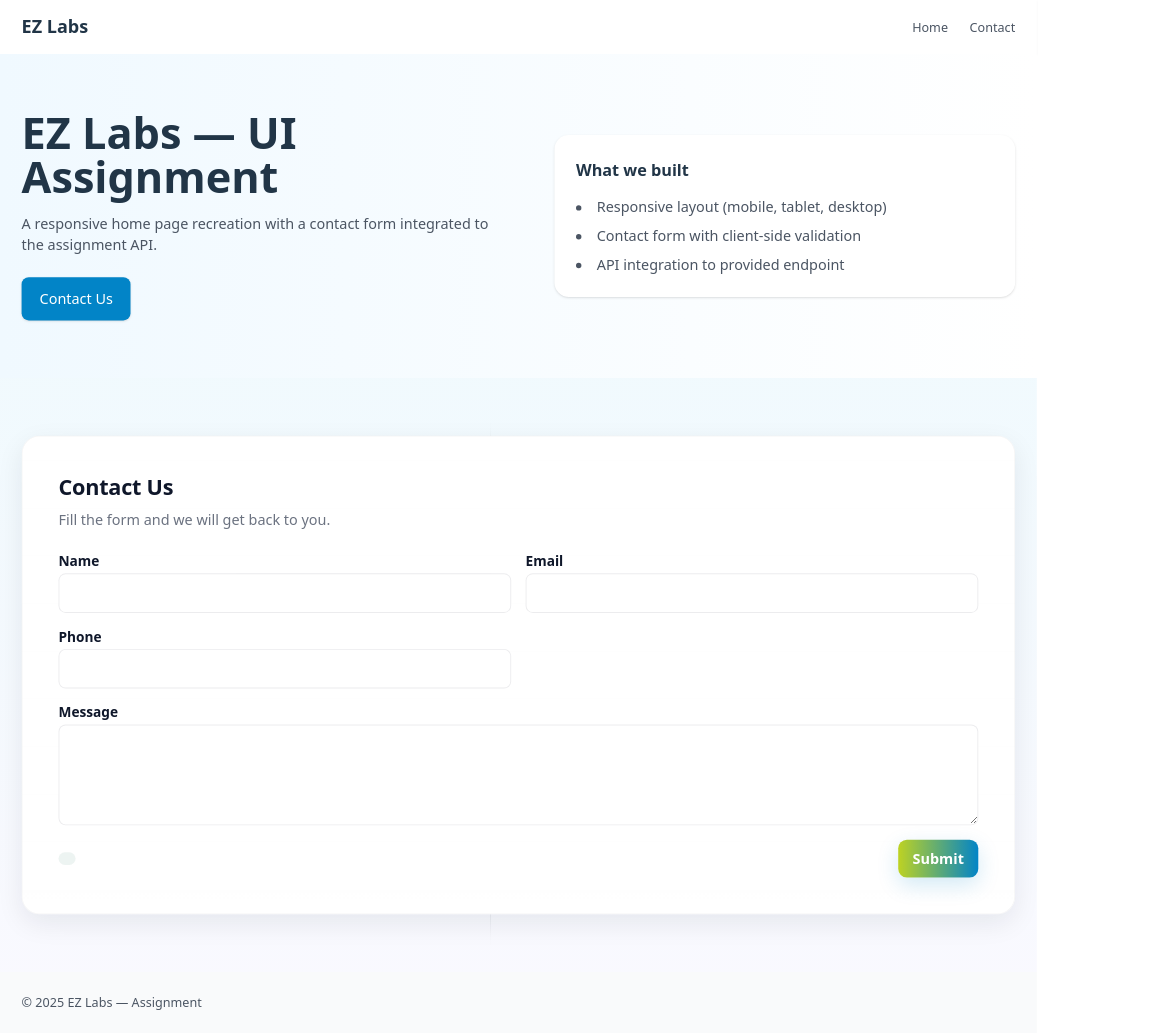
Repository: ritesh1711/ez-contact-form
Page: /
The author's editor kept a copy of each file at every save. The page is drawn from the files as they stood at one save, then again after the next save.
The browser window is 1280 px wide. The pictures show the whole page, at 90% of full size.
The project was rebuilt for these pictures with package versions that can differ from the ones it lists, and the page was loaded fresh each time. Also part of the build but not shown: vite.config.js.

Above is the page before, as saved 2025-11-09 22:12:04.

### index.html
<!doctype html>
<html lang="en">
  <head>
    <meta charset="UTF-8" />
    <link rel="icon" type="image/svg+xml" href="/vite.svg" />
    <meta name="viewport" content="width=device-width, initial-scale=1.0" />
    <title>ezlabs-assignment</title>
  </head>
  <body>
    <div id="root"></div>
    <script type="module" src="/src/main.jsx"></script>
  </body>
</html>

### src/index.css
:root {
  font-family: system-ui, Avenir, Helvetica, Arial, sans-serif;
  line-height: 1.5;
  font-weight: 400;

  color-scheme: light dark;
  color: rgba(255, 255, 255, 0.87);
  background-color: #242424;

  font-synthesis: none;
  text-rendering: optimizeLegibility;
  -webkit-font-smoothing: antialiased;
  -moz-osx-font-smoothing: grayscale;
}

a {
  font-weight: 500;
  color: #646cff;
  text-decoration: inherit;
}
a:hover {
  color: #535bf2;
}

body {
  margin: 0;
  display: flex;
  place-items: center;
  min-width: 320px;
  min-height: 100vh;
}

h1 {
  font-size: 3.2em;
  line-height: 1.1;
}

button {
  border-radius: 8px;
  border: 1px solid transparent;
  padding: 0.6em 1.2em;
  font-size: 1em;
  font-weight: 500;
  font-family: inherit;
  background-color: #1a1a1a;
  cursor: pointer;
  transition: border-color 0.25s;
}
button:hover {
  border-color: #646cff;
}
button:focus,
button:focus-visible {
  outline: 4px auto -webkit-focus-ring-color;
}

@media (prefers-color-scheme: light) {
  :root {
    color: #213547;
    background-color: #ffffff;
  }
  a:hover {
    color: #747bff;
  }
  button {
    background-color: #f9f9f9;
  }
}



@tailwind base;
@tailwind components;
@tailwind utilities;

### src/App.jsx
import React from 'react'
import Hero from './components/Hero'
import ContactForm from './components/ContactForm'
import Footer from './components/Footer'


export default function App(){
return (
<div className="min-h-screen flex flex-col">
<header className="bg-white shadow-sm">
<div className="max-w-6xl mx-auto px-6 py-4 flex items-center justify-between">
<div className="text-xl font-bold">EZ Labs</div>
<nav className="space-x-6 hidden md:block text-sm text-gray-600">
<a href="#home">Home</a>
<a href="#contact">Contact</a>
</nav>
</div>
</header>


<main className="flex-1">
<Hero />
<ContactForm />
</main>


<Footer />
</div>
)
}

### src/components/Hero.jsx
import React from 'react'


export default function Hero(){
return (
<section id="home" className="bg-gradient-to-r from-sky-50 to-white">
<div className="max-w-6xl mx-auto px-6 py-16 grid gap-8 md:grid-cols-2 items-center">
<div>
<h1 className="text-4xl md:text-5xl font-extrabold leading-tight">EZ Labs — UI Assignment</h1>
<p className="mt-4 text-gray-600">A responsive home page recreation with a contact form integrated to the assignment API.</p>
<div className="mt-6">
<a href="#contact" className="inline-block bg-sky-600 text-white px-5 py-3 rounded-lg shadow hover:opacity-90">Contact Us</a>
</div>
</div>


<div className="bg-white rounded-2xl p-6 shadow md:ml-6">
<h3 className="text-lg font-semibold">What we built</h3>
<ul className="mt-4 text-gray-600 list-disc list-inside space-y-2">
<li>Responsive layout (mobile, tablet, desktop)</li>
<li>Contact form with client-side validation</li>
<li>API integration to provided endpoint</li>
</ul>
</div>
</div>
</section>
)
}

### src/components/ContactForm.jsx
import React, { useState } from 'react'
import './ContactForm.css' // added - imports the new styles

function ContactForm() {
  const [form, setForm] = useState({
    name: '',
    email: '',
    phone: '',
    message: ''
  })

  const [errors, setErrors] = useState({})
  const [status, setStatus] = useState('')
  const [loading, setLoading] = useState(false)

  const validate = () => {
    const newErrors = {}
    if (!form.name.trim()) newErrors.name = 'Name is required'
    if (!form.email.trim()) newErrors.email = 'Email is required'
    else if (!/\S+@\S+\.\S+/.test(form.email)) newErrors.email = 'Invalid email'
    if (!form.phone.trim()) newErrors.phone = 'Phone is required'
    if (!form.message.trim()) newErrors.message = 'Message is required'
    return newErrors
  }

  const handleSubmit = async (e) => {
    e.preventDefault()
    const validationErrors = validate()
    if (Object.keys(validationErrors).length > 0) {
      setErrors(validationErrors)
      return
    }

    setErrors({})
    setLoading(true)
    setStatus('')

    try {
      const res = await fetch('https://jsonplaceholder.typicode.com/posts', {
        method: 'POST',
        headers: { 'Content-Type': 'application/json' },
        body: JSON.stringify(form)
      })

      if (res.ok) {
        setStatus('Form Submitted')
        setForm({ name: '', email: '', phone: '', message: '' })
      } else {
        const body = await res.text()
        setStatus('Submission failed: ' + res.status)
        console.error('API error', res.status, body)
      }
    } catch (err) {
      console.error(err)
      setStatus('Submission failed: network error')
    } finally {
      setLoading(false)
    }
  }

  return (
    <section id="contact" className="max-w-6xl mx-auto px-6 py-16">
      <div className="bg-white rounded-2xl shadow p-6 md:p-12">
        <h2 className="text-2xl font-bold">Contact Us</h2>
        <p className="text-gray-600 mt-2">Fill the form and we will get back to you.</p>

        <form className="mt-6 grid gap-4 md:grid-cols-2" onSubmit={handleSubmit} noValidate>
          <div className="md:col-span-1">
            <label className="block text-sm font-medium">Name</label>
            <input
              value={form.name}
              onChange={(e) => setForm({ ...form, name: e.target.value })}
              className={`mt-1 block w-full rounded-md border px-3 py-2 ${
                errors.name ? 'border-red-500' : 'border-gray-200'
              }`}
            />
            {errors.name && <p className="text-sm text-red-600 mt-1">{errors.name}</p>}
          </div>

          <div className="md:col-span-1">
            <label className="block text-sm font-medium">Email</label>
            <input
              value={form.email}
              onChange={(e) => setForm({ ...form, email: e.target.value })}
              className={`mt-1 block w-full rounded-md border px-3 py-2 ${
                errors.email ? 'border-red-500' : 'border-gray-200'
              }`}
            />
            {errors.email && <p className="text-sm text-red-600 mt-1">{errors.email}</p>}
          </div>

          <div className="md:col-span-1">
            <label className="block text-sm font-medium">Phone</label>
            <input
              value={form.phone}
              onChange={(e) => setForm({ ...form, phone: e.target.value })}
              className={`mt-1 block w-full rounded-md border px-3 py-2 ${
                errors.phone ? 'border-red-500' : 'border-gray-200'
              }`}
            />
            {errors.phone && <p className="text-sm text-red-600 mt-1">{errors.phone}</p>}
          </div>

          <div className="md:col-span-2">
            <label className="block text-sm font-medium">Message</label>
            <textarea
              value={form.message}
              onChange={(e) => setForm({ ...form, message: e.target.value })}
              rows={4}
              className={`mt-1 block w-full rounded-md border px-3 py-2 ${
                errors.message ? 'border-red-500' : 'border-gray-200'
              }`}
            ></textarea>
            {errors.message && <p className="text-sm text-red-600 mt-1">{errors.message}</p>}
          </div>

          <div className="md:col-span-2 flex items-center justify-between">
            <div className="text-sm text-green-700">{status}</div>
            <div>
              <button
                type="submit"
                disabled={loading}
                className="inline-flex items-center px-5 py-2 bg-sky-600 text-white rounded-lg hover:opacity-90"
              >
                {loading ? 'Sending...' : 'Submit'}
              </button>
            </div>
          </div>
        </form>
      </div>
    </section>
  )
}

export default ContactForm

### src/components/Footer.jsx
import React from 'react'


export default function Footer(){
return (
<footer className="bg-gray-50">
<div className="max-w-6xl mx-auto px-6 py-6 text-sm text-gray-600">© {new Date().getFullYear()} EZ Labs — Assignment</div>
</footer>
)
}

### src/components/ContactForm.css
/* New styles to beautify and make the contact form responsive */
/* Uses the existing structure and IDs/classes; does not change behavior */

:root{
  --primary: #bdd223; /* sky-500 */
  --primary-600: #0284c7;
  --muted: #6b7280;
  --card-bg: rgba(255,255,255,0.96);
  --glass: rgba(255,255,255,0.6);
}

/* Section background and centering */
#contact{
  background: linear-gradient(180deg, rgba(14,165,233,0.06) 0%, rgba(99,102,241,0.04) 100%);
  -webkit-font-smoothing: antialiased;
  -moz-osx-font-smoothing: grayscale;
}

/* Card styling (targets the immediate child card div) */
#contact > div {
  background: linear-gradient(180deg, var(--card-bg), #ffffff);
  border-radius: 1.25rem; /* matches rounded-2xl */
  box-shadow: 0 10px 30px rgba(15,23,42,0.08);
  border: 1px solid rgba(15,23,42,0.04);
  overflow: hidden;
  padding: 1.5rem;
}

/* On larger screens, give the card a subtle side-by-side layout */
@media (min-width: 768px) {
  #contact > div { padding: 2.5rem; }
}

/* Heading */
#contact h2 {
  font-size: 1.5rem;
  letter-spacing: -0.01em;
  color: #0f172a;
}

/* Subtitle */
#contact p {
  color: var(--muted);
}

/* Form container adjustments */
#contact form {
  gap: 1rem;
}

/* Labels */
#contact label {
  color: #0f172a;
  font-weight: 600;
  font-size: 0.95rem;
}

/* Inputs and textarea */
#contact input[type="text"],
#contact input[type="email"],
#contact input[type="tel"],
#contact input,
#contact textarea {
  background: #fff;
  border: 1px solid rgba(15,23,42,0.08);
  transition: border-color 160ms ease, box-shadow 160ms ease, transform 160ms ease;
  box-shadow: none;
  width: 100%;
  border-radius: 0.5rem;
  padding: 0.6rem 0.85rem;
  color: #0f172a;
  font-size: 0.95rem;
  outline: none;
}

/* Focus states */
#contact input:focus,
#contact textarea:focus {
  border-color: var(--primary);
  box-shadow: 0 6px 24px rgba(14,165,233,0.12);
  transform: translateY(-1px);
}

/* Invalid / error inputs - keep existing Tailwind red class but strengthen */
#contact .border-red-500 {
  border-color: #ef4444 !important;
  box-shadow: 0 6px 18px rgba(239,68,68,0.08);
}

/* Error message styling */
#contact .text-red-600 {
  color: #b91c1c;
  font-weight: 600;
  margin-top: 0.35rem;
}

/* Status message (success / error) */
#contact .text-green-700 {
  color: #065f46;
  background: rgba(6,95,70,0.07);
  padding: 0.45rem 0.6rem;
  border-radius: 0.45rem;
  font-weight: 600;
}

/* Submit button - override inline Tailwind for a nicer gradient */
#contact button[type="submit"] {
  background: linear-gradient(90deg, var(--primary) 0%, var(--primary-600) 100%);
  border: none;
  padding: 0.55rem 1rem;
  color: #fff;
  font-weight: 700;
  border-radius: 0.6rem;
  box-shadow: 0 8px 24px rgba(2,132,199,0.18);
  transition: transform 140ms ease, box-shadow 140ms ease, opacity 120ms ease;
  display: inline-flex;
  align-items: center;
  gap: 0.5rem;
}

/* Disabled state */
#contact button[disabled] {
  opacity: 0.6;
  transform: none;
  cursor: not-allowed;
  box-shadow: none;
}

/* Button hover/active */
#contact button[type="submit"]:hover:not([disabled]) {
  transform: translateY(-3px);
  box-shadow: 0 14px 40px rgba(2,132,199,0.16);
}

/* Make grid items more spacious on small screens */
@media (max-width: 640px) {
  #contact form {
    display: grid;
    grid-template-columns: 1fr;
  }

  #contact > div { padding: 1.2rem; }
}

/* Improve textarea appearance */
#contact textarea {
  min-height: 110px;
  resize: vertical;
}

/* Subtle label + input grouping spacing */
#contact .md\\:col-span-2, #contact .md\\:col-span-1 {
  margin-bottom: 0.25rem;
}

/* Accessibility: larger hit target for inputs on touch */
@media (pointer: coarse) {
  #contact input, #contact textarea, #contact button { padding: 0.85rem; }
}

/* small flourish: card entrance */
@keyframes uplift {
  from { transform: translateY(8px); opacity: 0; }
  to { transform: translateY(0); opacity: 1; }
}
#contact > div { animation: uplift 420ms cubic-bezier(.2,.9,.3,1) both; }

/* Keep existing utility classes intact and non-destructive */

Loaded but not shown: src/main.jsx (common file); tailwind.config.cjs (common file)

After the next save:
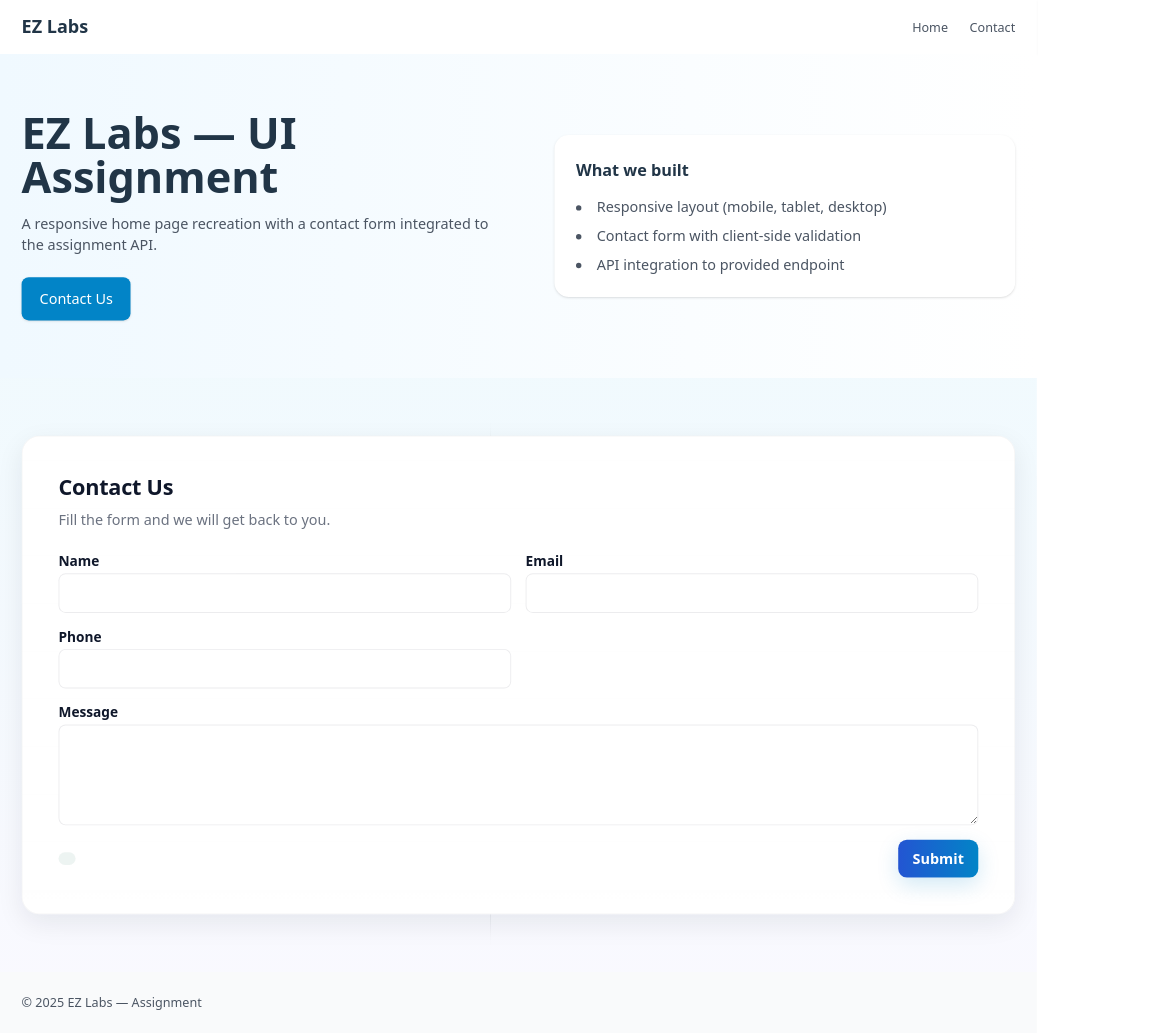
Saved 6 s later.
--- a/src/components/ContactForm.css
+++ b/src/components/ContactForm.css
@@ -2,7 +2,7 @@
 /* Uses the existing structure and IDs/classes; does not change behavior */
 
 :root{
-  --primary: #bdd223; /* sky-500 */
+  --primary: #2355d2; /* sky-500 */
   --primary-600: #0284c7;
   --muted: #6b7280;
   --card-bg: rgba(255,255,255,0.96);
